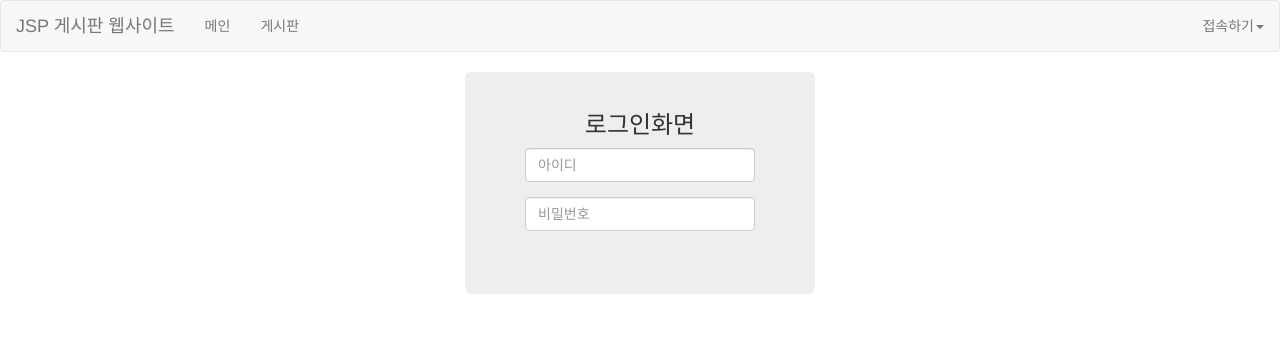
Repository: dofd6220/JSP-
Page: http://localhost/BBS/login.jsp
These files come from the project's save history. The page is drawn as it stood at one moment and after the next save; the edit follows.
The browser window is 1280 px wide. The pictures show the whole page.
Some web libraries are served in a nearby version. The page is served by Tomcat 9.

Above is the page before, as saved 2023-11-18 12:03:11.

After the next save:
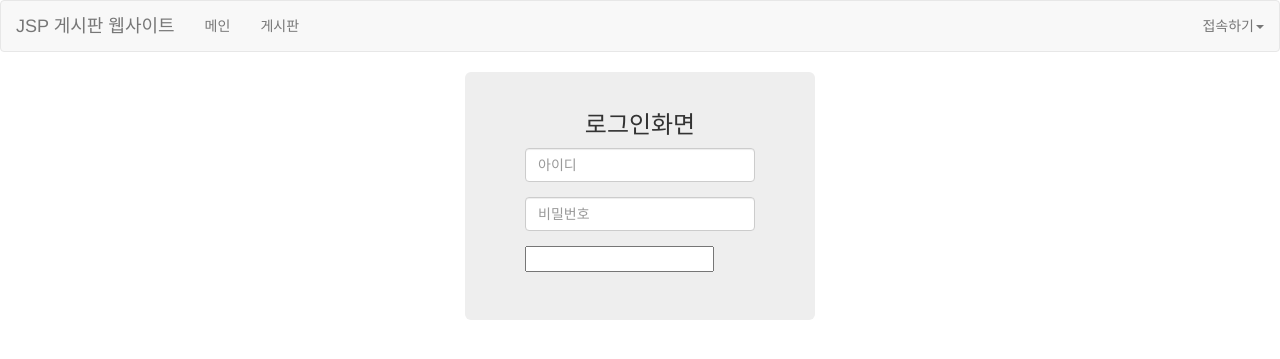
Console error (its wording comes from the project's code and is left out).
Saved 24 s later.
--- a/BBS/src/main/webapp/login.jsp
+++ b/BBS/src/main/webapp/login.jsp
@@ -52,6 +52,7 @@
 						<div class="form-group">
 							<input type="password" class="form-control" placeholder="비밀번호" name="userPassword" maxlength="20">
 						</div>
+						<input type="submit>
 				</form>
 			</div>
 		</div>

After the save that followed:
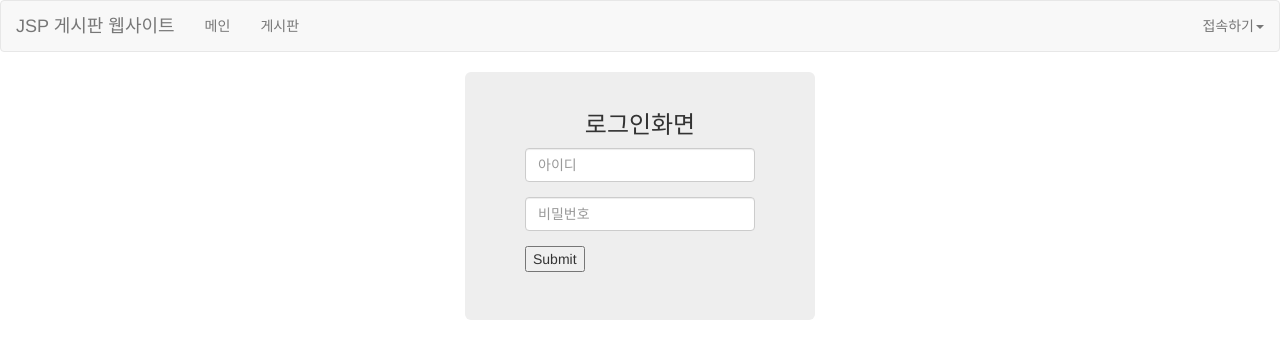
The error is gone.
Saved 2 s later.
--- a/BBS/src/main/webapp/login.jsp
+++ b/BBS/src/main/webapp/login.jsp
@@ -52,7 +52,7 @@
 						<div class="form-group">
 							<input type="password" class="form-control" placeholder="비밀번호" name="userPassword" maxlength="20">
 						</div>
-						<input type="submit>
+						<input type="submit"
 				</form>
 			</div>
 		</div>
